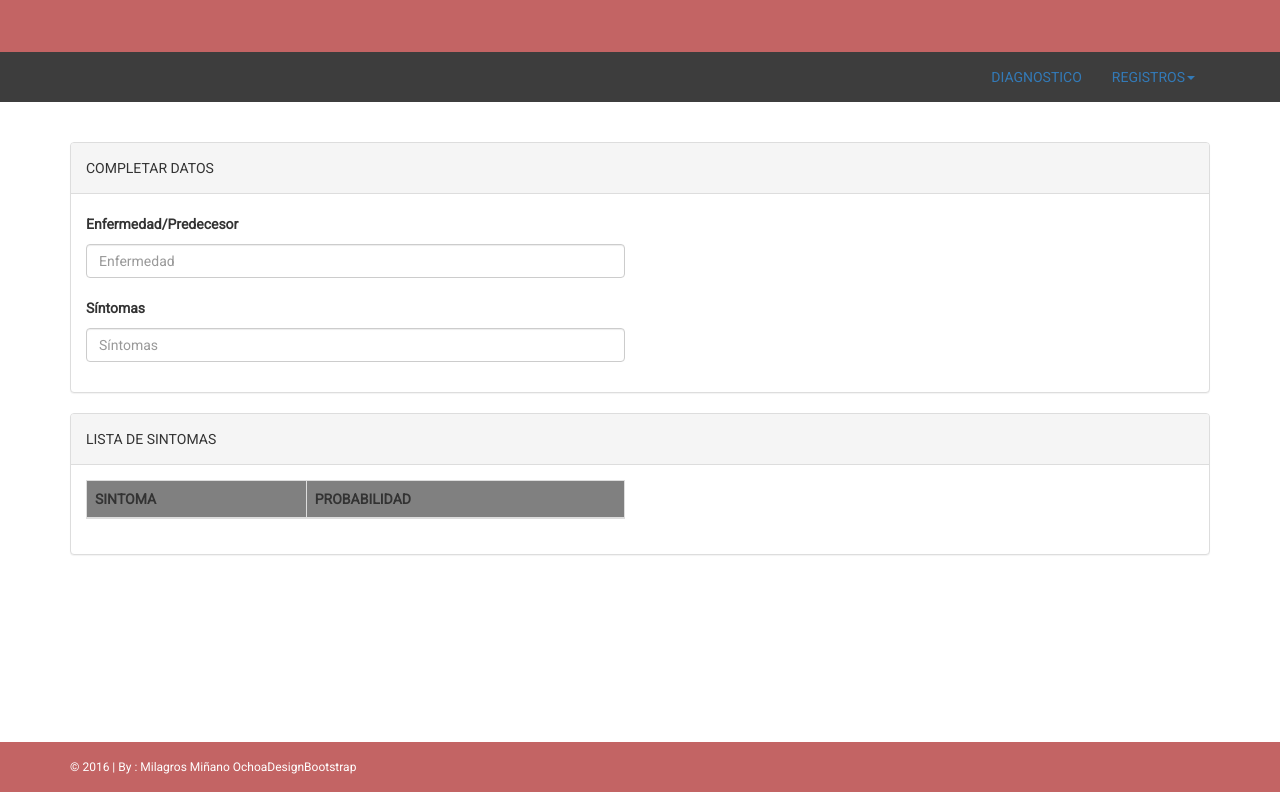
Repository: Mili10/PROYECTOII
Page: http://localhost/Capa_Presentación/frmRegistroSintoma.jsp
The author's editor kept a copy of each file at every save. The page is drawn from the files as they stood at one save, then again after the next save.
The browser window is 1280 px wide. The pictures show the whole page.
The page is served by Tomcat 9.

Above is the page before, as saved 2016-05-16 06:22:08.

### sistema_experto_web/Capa_Presentación/WebContent/frmRegistroSintoma.jsp
<%@ page language="java" contentType="text/html; charset=ISO-8859-1"
    pageEncoding="ISO-8859-1"%>
<!DOCTYPE html PUBLIC "-//W3C//DTD HTML 4.01 Transitional//EN" "http://www.w3.org/TR/html4/loose.dtd">
<html>
<head>
<meta http-equiv="Content-Type" content="text/html; charset=ISO-8859-1">
<title>Insert title here</title>
	<link href="Plantilla/css/bootstrap.css" rel="stylesheet" />
    <link href="Plantilla/css/font-awesome.css" rel="stylesheet" />
    <link href="Plantilla/css/style.css" rel="stylesheet" />
</head>
<body>
	<jsp:include page="includes/masterHeader.jsp"></jsp:include>
	<div class="content-wrapper">
		<div class="container">
			<div class="panel panel-default">
	             <div class="panel-heading">
	               COMPLETAR DATOS
	             </div>
	              <div class="row">
		             <div class="panel-body">
		             	<div class="col-md-6">
						  <form>
						  <div class="form-group">
						    <label for="exampleInputEmail1">Enfermedad/Predecesor</label>
						    <input type="text" class="form-control" placeholder="Enfermedad">
						  </div>
						  <div class="form-group">
						    <label for="exampleInputPassword1">Síntomas</label>
						    <input type="text" class="form-control" placeholder="Síntomas">
						  </div>

						 </form>
						</div>
					  </div>
				  </div>
	         </div>

	         <div class="panel panel-default">
	             <div class="panel-heading">
	               LISTA DE SINTOMAS
	             </div>
	              <div class="row">
		             <div class="panel-body">
		              <div class="col-md-6">
		             	<div class="table-responsive">
                                <table class="table table-striped table-bordered table-hover">
                                    <thead style="background: grey">
                                        <tr>
                                            <th>SINTOMA</th>
                                            <th>PROBABILIDAD</th>
                                        </tr>
                                    </thead>
                                    <tbody>

                                    </tbody>
                                </table>
                            </div>
                         </div>
					  </div>
				  </div>
	         </div>

	      </div>
      </div>


	<jsp:include page="includes/masterFooter.jsp"></jsp:include>

	<script src="Plantilla/js/jquery-1.11.1.js"></script>
    <script src="Plantilla/js/bootstrap.js"></script>
</body>
</html>

### sistema_experto_web/Capa_Presentación/WebContent/includes/masterHeader.jsp
    <div class="navbar navbar-inverse set-radius-zero">
        <div class="container">
            <div class="navbar-header">
                <button type="button" class="navbar-toggle" data-toggle="collapse" data-target=".navbar-collapse">
                    <span class="icon-bar"></span>
                    <span class="icon-bar"></span>
                    <span class="icon-bar"></span>
                </button>
                <a class="navbar-brand" href="index.html">

                </a>

            </div>

        </div>
    </div>
    <!-- LOGO HEADER END-->
    <section class="menu-section">
        <div class="container">
            <div class="row">
                <div class="col-md-12">
                    <div class="navbar-collapse collapse">
                        <ul class="nav navbar-nav navbar-right">
                            <li><a href="frmCuestionario.jsp">DIAGNOSTICO</a></li>
                            <li class="dropdown">
                            	<a href="#" class="dropdown-toggle" data-toggle="dropdown" role="button" aria-haspopup="true" aria-expanded="false">REGISTROS<span class="caret"></span></a>
                            	<ul class="dropdown-menu">
						            <li><a href="frmRegistroSintoma.jsp" role="button">SINTOMA</a></li>
						        </ul>
                            </li>
                        </ul>
                    </div>
                </div>

            </div>
        </div>
    </section>

### sistema_experto_web/Capa_Presentación/WebContent/includes/masterFooter.jsp
<!-- CONTENT-WRAPPER SECTION END-->
    <footer>
        <div class="container">
            <div class="row">
                <div class="col-md-12">
                    &copy; 2016 | By : Milagros Miñano Ochoa<a href="http://www.designbootstrap.com/" target="_blank">DesignBootstrap</a>
                </div>

            </div>
        </div>
    </footer>

### sistema_experto_web/Capa_Presentación/WebContent/Plantilla/css/style.css

/*=============================================================
    Authour URL: www.designbootstrap.com

    http://www.designbootstrap.com/

    License: MIT

    http://opensource.org/licenses/MIT

    100% Free To use For Personal And Commercial Use.

    IN EXCHANGE JUST TELL PEOPLE ABOUT THIS WEBSITE

========================================================  */


/* =============================================================
   GENERAL STYLES
 ============================================================ */

@import url(http://fonts.googleapis.com/css?family=Roboto); /* FREE GOOGLE FONT */

body {
    font-family: 'Roboto', sans-serif;
    line-height: 30px;
}

.set-radius-zero {
    border-radius: 0px;
    -moz-border-radius: 0px;
    -webkit-border-radius: 0px;
}

.content-wrapper {
    margin-top: 40px;
    min-height: 600px;
    padding-bottom: 60px;
}

.page-head-line {
    font-weight: 900;
    padding-bottom: 20px;
    border-bottom: 2px solid #F0677C;
    text-transform: uppercase;
    color: #F0677C;
    font-size: 20px;
    margin-bottom: 40px;
}

.btn {
    border-radius: 0px;
    -webkit-border-radius: 0px;
    -moz-border-radius: 0px;
}

.progress {
    height: 8px;
    border-radius: 0px;
    -webkit-border-radius: 0px;
    -moz-border-radius: 0px;
}
.login-icon {
    height: 60px;
width: 60px;
padding: 13px;
border-radius: 50%;
font-size: 30px;
margin-bottom: 20px;
color: #fff;
text-align: center;
cursor:pointer;
background-color:#F0677C;
-webkit-border-radius:50%;
    -moz-border-radius:50%;
}
/* =============================================================
   HEADER SECTION STYLES
 ============================================================ */
header {
    background-color: #F0677C;
    color: #fff;
    padding: 10px;
    text-align: right;
}


/* =============================================================
   LOGO SECTION STYLES
 ============================================================ */
.left-div {
    padding-left: 30px;
    margin-top: 40px;
    margin-bottom: 30px;
}

.navbar-brand {
    width: 250px;
    padding-top: 30px;
}

/* USER SETTINGS DIV */
.user-settings-wrapper .nav > li > a {
    position: relative;
    display: block;
    padding: 15px 18px;
    border-radius: 50%;
    -webkit-border-radius: 50%;
    -moz-border-radius: 50%;
    height: 60px;
    width: 60px;
    background-color: #F0677C;
    color: #fff;
}

.user-settings-wrapper {
    margin-top: 10px;
}

    .user-settings-wrapper li {
        display: inline-block;
    }

    .user-settings-wrapper .dropdown-settings {
        width: 200px;
        padding: 10px;
    }

    .user-settings-wrapper .nav > li > a:hover,.user-settings-wrapper .nav > li > a:focus {
        text-decoration: none;
        background-color: #C36464!important;
    }

    .user-settings-wrapper img {
        height: 64px;
        width: 64px;
        border: 1px solid #000000;
    }

    .user-settings-wrapper .dropdown-menu {
        margin: 0px;
        border-radius: 0px!important;
        -moz-border-radius: 0px!important;
        -webkit-border-radius: 0px!important;
    }

    .user-settings-wrapper .btn {
        border-radius: 0px!important;
        -moz-border-radius: 0px!important;
        -webkit-border-radius: 0px!important;
    }

    .user-settings-wrapper .media-heading {
        padding-top: 10px;
    }

/* MENU LINKS SECTION*/

.menu-section {
    background-color: #3D3D3D;
}

#menu-top a {
    color: #FFF;
    text-decoration: none;
    font-weight: 500;
    padding: 10px 10px 10px 10px;
    text-transform: uppercase;
}

.menu-top-active {
    background-color: #C36464;
}

.menu-section .nav > li > a:hover,.menu-section .nav > li > a:focus {
    background-color: #F0677C!important;
}

.menu-section .dropdown-menu > li > a:hover,.menu-section .dropdown-menu > li > a:focus {
    background-color: #F0677C!important;
}

.navbar-inverse {
    background-color: #C36464;
    border-color: transparent;
}

.navbar-toggle {
    background-color: #F0677C;
    border: 1px solid #fff;
}

.navbar {
    margin-bottom: 0px;
}
/* =============================================================
   FOOTER SECTION STYLES
 ============================================================ */
footer {
    padding: 10px;
    color: #fff;
    font-size: 12px;
    background-color: #C36464;
}

    footer a, footer a:hover {
        color: #fff;
        text-decoration: none;
    }

/*==============================================
    DASHBOARD  STYLES
 =============================================*/

/* DASHBOARD ICONS */

.bk-clr-one {
    background-color: #B9B739;
}

.bk-clr-two {
    background-color: #F94C4C;
}

.bk-clr-three {
    background-color: #119c7e;
}

.bk-clr-four {
    background-color: #b739b9;
}

.dashboard-div-icon {
    height: 75px;
    width: 75px;
    border: 2px solid #fff;
    padding: 20px;
    border-radius: 50%;
    -webkit-border-radius:50%;
    -moz-border-radius:50%;
    font-size: 30px;
    margin-bottom: 20px;
    color: #fff;
}

.dashboard-div-wrapper {
    border-radius: 5px;
    text-align: center;
    padding: 15px;
    color: #fff;
    margin-bottom: 50px;
}

    .dashboard-div-wrapper .progress {
        height: 2px;
    }

/* NOTICE BOARD */


.notice-board .panel {
    border-radius: 0px;
    -webkit-border-radius: 0px;
    -moz-border-radius: 0px;
}

.notice-board ul {
    padding-left: 0px;
    list-style: none;
}

.notice-board li {
    padding: 10px;
    border-bottom: 1px solid #E5E5E5;
}

    .notice-board li span {
        margin-right: 10px;
        border: 1px solid #DBDBDB;
        padding: 5px;
    }

    .notice-board li a, li a:hover {
        text-decoration: none;
        color: #000;
    }

/* SOCIAL BUTTONS */
.btn-social {
    color: white;
    opacity: 0.8;
}

    .btn-social:hover {
        color: white;
        opacity: 1;
        text-decoration: none;
    }

.btn-facebook {
    background-color: #3b5998;
}

.btn-twitter {
    background-color: #00aced;
}

.btn-linkedin {
    background-color: #0e76a8;
}

.btn-google {
    background-color: #c32f10;
}

Loaded but not shown: sistema_experto_web/Capa_Presentación/WebContent/Plantilla/css/bootstrap.css (library); sistema_experto_web/Capa_Presentación/WebContent/Plantilla/css/font-awesome.css (library); sistema_experto_web/Capa_Presentación/WebContent/Plantilla/js/jquery-1.11.1.js (library); sistema_experto_web/Capa_Presentación/WebContent/Plantilla/js/bootstrap.js (library)

After the next save:
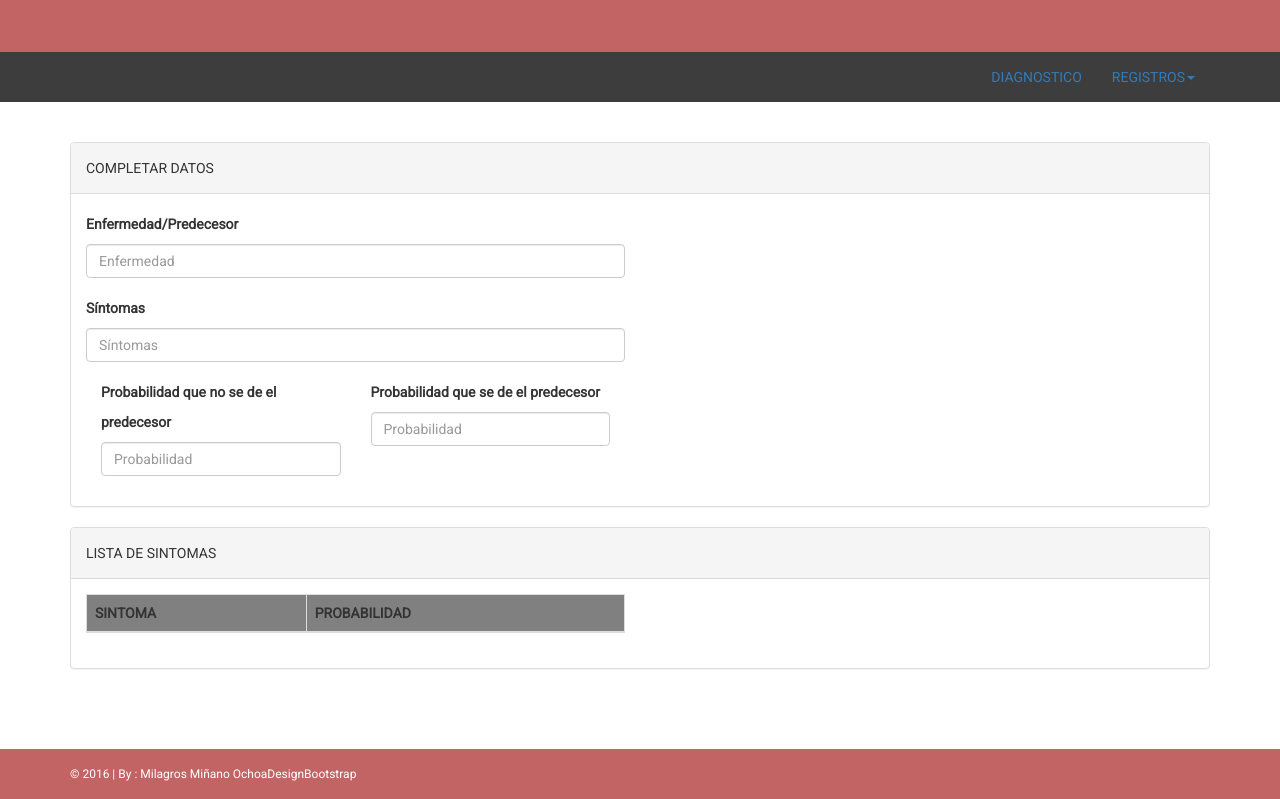
Saved 9 min 55 s later.
--- a/sistema_experto_web/Capa_Presentación/WebContent/frmRegistroSintoma.jsp
+++ b/sistema_experto_web/Capa_Presentación/WebContent/frmRegistroSintoma.jsp
@@ -29,7 +29,18 @@
 						    <label for="exampleInputPassword1">Síntomas</label>
 						    <input type="text" class="form-control" placeholder="Síntomas">
 						  </div>
-
+						  <div class="col-md-6">
+						  	<div class="form-group">
+						    <label for="exampleInputEmail1">Probabilidad que no se de el predecesor</label>
+						    <input class="form-control" placeholder="Probabilidad">
+						  </div>
+						  </div>
+						  <div class="col-md-6">
+						  	<div class="form-group">
+						    <label for="exampleInputEmail1">Probabilidad que se de el predecesor</label>
+						    <input class="form-control" placeholder="Probabilidad">
+						  </div>
+						  </div>
 						 </form>
 						</div>
 					  </div>
